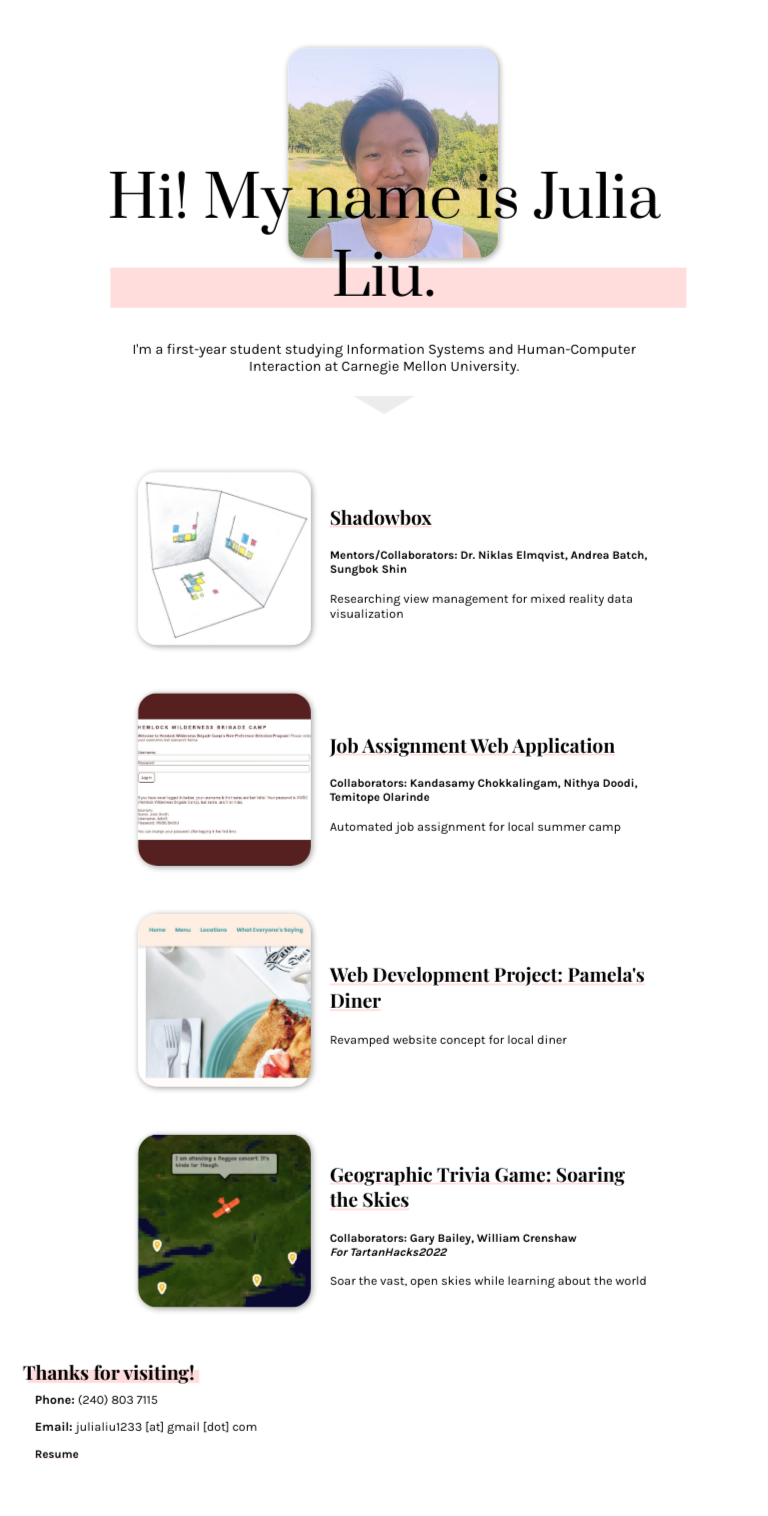
Repository: liu-julia/liu-julia.github.io
Page: index.html
These files come from the project's save history. The page is drawn as it stood at one moment and after the next save; the edit follows.
The browser window is 1280 px wide. The pictures show the whole page, at 60% of full size.

Above is the page before, as saved 2022-05-18 11:09:13.

### index.html
<!DOCTYPE html>
<html lang="en">
<head>
    <meta charset="UTF-8">
    <meta http-equiv="X-UA-Compatible" content="IE=edge">
    <meta name="viewport" content="width=device-width, initial-scale=1.0">
    <link rel="preconnect" href="https://fonts.googleapis.com">
    <link rel="preconnect" href="https://fonts.gstatic.com" crossorigin>
    <link href="https://fonts.googleapis.com/css2?family=Karla:wght@300;400;700&family=Open+Sans:wght@300;400;700&family=Playfair+Display:wght@400;700&family=Prata&display=swap" rel="stylesheet">
    <link rel="stylesheet" href="css/styles.css">
    <link rel="icon" href="images/jllogo.png">
    <script src="js/scripts.js"></script>
    <title>Julia Liu</title>
</head>
<body>
    <header id="topbar">
        <img id="logo" src="images/jllogo.png" alt="JL logo">
        <div id="navbar">
            <a class="highlighted" href="index.html">Projects</a>
            <a class="hl_hover" href="about.html">About</a>
            <a class="hl_hover" href="contact.html">Contact</a>
        </div>
    </header>
    <div id="content">
        <div id="top">
            <img id="face" src="images/IMG_20210707_193435_832.jpg" alt="Julia Liu">
            <h1 class="highlighted">Hi! My name is Julia Liu.</h1>
            <p id="head_desc">I'm a first-year student studying Information Systems and Human-Computer Interaction at Carnegie Mellon University.</p>
            <a class="ct-btn-scroll ct-js-btn-scroll" href="#projects"><img alt="Arrow Down Icon" src="images/downarrow.png"></a>
            </div>
        <br>
        <span id="projects"></span>
            <div class="project">
                <img src="images/shadowbox.jpg" alt="Shadowbox">
                <div class="project-text">
                    <h3><a href="https://liu-julia.notion.site/Shadowbox-206a5c5eea2a42a292b238f68e84f78f">Shadowbox</a></h3>
                    <h4>Mentors/Collaborators: Dr. Niklas Elmqvist, Andrea Batch, Sungbok Shin</h4>
                    <p>Researching view management for mixed reality data visualization</p>
                </div>
            </div>
            <div class="project">
                <img src="images/camp.jpg" alt="Hemlock Wilderness Brigade Camp website">
                <div class="project-text">
                    <h3><a href="https://liu-julia.notion.site/Job-Assignment-Web-App-bd26f317785b4564853cad5746690a5f">Job Assignment Web Application</a></h3>
                    <h4>Collaborators: Kandasamy Chokkalingam, Nithya Doodi, Temitope Olarinde</h4>
                    <p>Automated job assignment for local summer camp</p>
                </div>
            </div>
            <div class="project">
                <img src="images/pamelas1.jpg" alt="Pamela's Diner website">
                <div class="project-text">
                    <h3><a href="https://liu-julia.notion.site/Web-Development-Project-Pamela-s-Diner-67d99581677243809cbfb3ee69a6fb9d">Web Development Project: Pamela's Diner</a></h3>
                    <p>Revamped website concept for local diner</p>
                </div>
            </div>
            <div class="project">
                <img src="images/soaringtheskies.jpg" alt="Soaring the Skies - 2D airplane game">
                <div class="project-text">
                    <h3><a href="https://github.com/liu-julia/TartanHacks2022">Geographic Trivia Game: Soaring the Skies</a></h3>
                    <h4>Collaborators: Gary Bailey, William Crenshaw<br><i>For TartanHacks2022</i></h4>
                    <p>Soar the vast, open skies while learning about the world</p>
                </div>
            </div>
        <br>
        <!--<h3 id="construction">More coming soon</h3>-->
        <div id="foot">
            <h3 class="highlighted">Thanks for visiting!</h3>
            <div>
                <p><b>Phone: </b> (240) 803 7115</p>
                <p><b>Email: </b> juli<!--anti spam-->aliu1233 <!--anti spam--> [at] gmai<!--anti spam-->l [dot] com</p>
                <a href="JuliaLiu.pdf"><b>Resume</b></a>
            </div>
        </div>
    </div>
</body>
</html>

### css/styles.css
:root {
    font-family: 'Karla', sans-serif;
}
html {
    height: 100%;
}
header {
    position: fixed;
    top: 0;
    left: 0;
    right: 0;
    width: 100%;
    height: 60px;
    background-color: white;
    z-index: 1;
    box-shadow: 0 0 10px #FFFFFF;
    transition: top .2s;
}
#logo {
    width: 25px;
    height: 35px;
    padding: 13px;
}
#navbar {
    float: right;
}
#navbar a {
    position: relative;
    top: 10px;
    margin-right: 25px;
    align-self: center;
    color: black;
}
body {
    height: 100%;
}
#content {
    height: 100%;
}
h1 {
    font-family: 'Prata', serif;
    font-weight: 400;
    font-size: 6em;
}
#top {
    height: 100%;
}
h1{
    position: absolute;
    bottom: 12rem;
    left: 1rem;
    right: 1rem;
    text-align: center;
    margin: auto;
    width: 75%;
}
h1.highlighted::before {
    content: "";
    position: absolute;
    width: 100%;
    background: #ffdddd;
    left: .25em;
    bottom: .15em;
    height: .7em;
    z-index: -1;
    animation: highlightAnimation ease 3s;
    animation-iteration-count: 1;
    animation-fill-mode: forwards;
}

@keyframes highlightAnimation {
    0% {
        transform: scaleX(0);
        transform-origin: left;
    }
    100% {
        transform: scaleX(1);
        transform-origin: left;
     }
}

#navbar a.highlighted::before {
    content: "";
    position: absolute;
    width: 100%;
    background: #ffdddd;
    left: .25em;
    bottom: .05em;
    height: .7em;
    z-index: -1;
}
.hl_hover::before {
    content: "";
    position: absolute;
    width: 100%;
    background: #ffdddd;
    left: .25em;
    bottom: .05em;
    height: .7em;
    z-index: -1;
    transition: transform 0.5s;
    transform: scaleX(0);
    transform-origin: right;
}
.hl_hover:hover::before {
    transform: scaleX(1);
    transform-origin: left;
}
h2 {
    font-family: 'Playfair Display', serif;
    font-size: 3em;
}
h3 {
    font-family: 'Playfair Display', serif;
    font-size: 2em;

}
h4 {
    font-size: 1.2em;
}
h3.highlighted::before {
    content: "";
    position: absolute;
    width: 100%;
    background: #ffdddd;
    left: .25em;
    bottom: .05em;
    height: .7em;
    z-index: -1;
}
#navbar a {
    font-family: 'Playfair Display', serif;
    font-size: 1.5em;
    font-weight: 700;
    text-decoration: none;
}
p {
    font-size: 1.3rem;
}
#head_desc {
    font-size: 1.5em;
    font-weight: 400;
    position: absolute;
    bottom: 6rem;
    width: 90%;
    left: 1rem;
    right: 1rem;
    text-align: center;
    margin: auto;
    width: 75%;
}
#face {
    position: absolute;
    width: 350px;
    height: 350px;
    top: 5rem;
    left: 30rem;
    right: 30rem;
    border-radius: 2em;
    margin: auto;
    box-shadow: 2px 2px 10px #00000066;
}
#foot {
    padding-left: 30px;
    position: absolute;
    width: 90%;
    height: 40%;
}
#foot h3.highlighted {
    position: absolute;
    bottom: 65%;
}
#foot div {
    position: absolute;
    bottom: 25%;
    padding: 20px;
}
a {
    color: black;
    text-decoration: underline;
    text-decoration-color: #ffdddd;
    transition: text-decoration ease-in .2s;
}
#foot a {
    font-size: 1.2rem;
}
a:hover {
    text-decoration-color: #ffb4b4;
}
#construction {
    height: 100%;
}

body {
    animation: fadeInAnimation ease 2s;
    animation-iteration-count: 1;
    animation-fill-mode: forwards;
}

@keyframes fadeInAnimation {
    0% {
        opacity: 0;
    }
    100% {
        opacity: 1;
     }
}
.project {
    width: 70%;
    display: flex;
    margin: auto;
    height: 40%;
    padding: 2.5rem;
    align-items: center;
}
.project img {
    max-width: 40%;
    max-height: 100%;
    box-shadow: 2px 2px 10px #00000066;
    border-radius: 2rem;
    margin: 2em;
}

a img {
    max-width: 8%;
    position: absolute;
    bottom: 30px;
    margin: auto;
    left: 1rem;
    right: 1rem;
}
.about {
    width: 70%;
    display: flex;
    margin: auto;
    height: 100%;
    align-items: center;
}

.about img {
    max-width: 30%;
    box-shadow: 2px 2px 10px #00000066;
    border-radius: 2rem;
    margin: 2em;
}

.about-text {
    position: absolute;
    margin-left: 25%;
    margin-right: 15%;
}
.about-text h2 {
    position: absolute;
    top: -100px;
}

.about-text h2.highlighted::before {
    content: "";
    position: absolute;
    width: 100%;
    background: #ffdddd;
    left: .20em;
    bottom: .05em;
    height: .7em;
    z-index: -1;
}

### js/scripts.js
var prevScrollpos = window.pageYOffset;
window.onscroll = function() {
  var currentScrollPos = window.pageYOffset;
  if (prevScrollpos > currentScrollPos) {
    document.getElementById("topbar").style.top = "0";
  } else {
    document.getElementById("topbar").style.top = "-70px";
  }
  prevScrollpos = currentScrollPos;
}

After the next save:
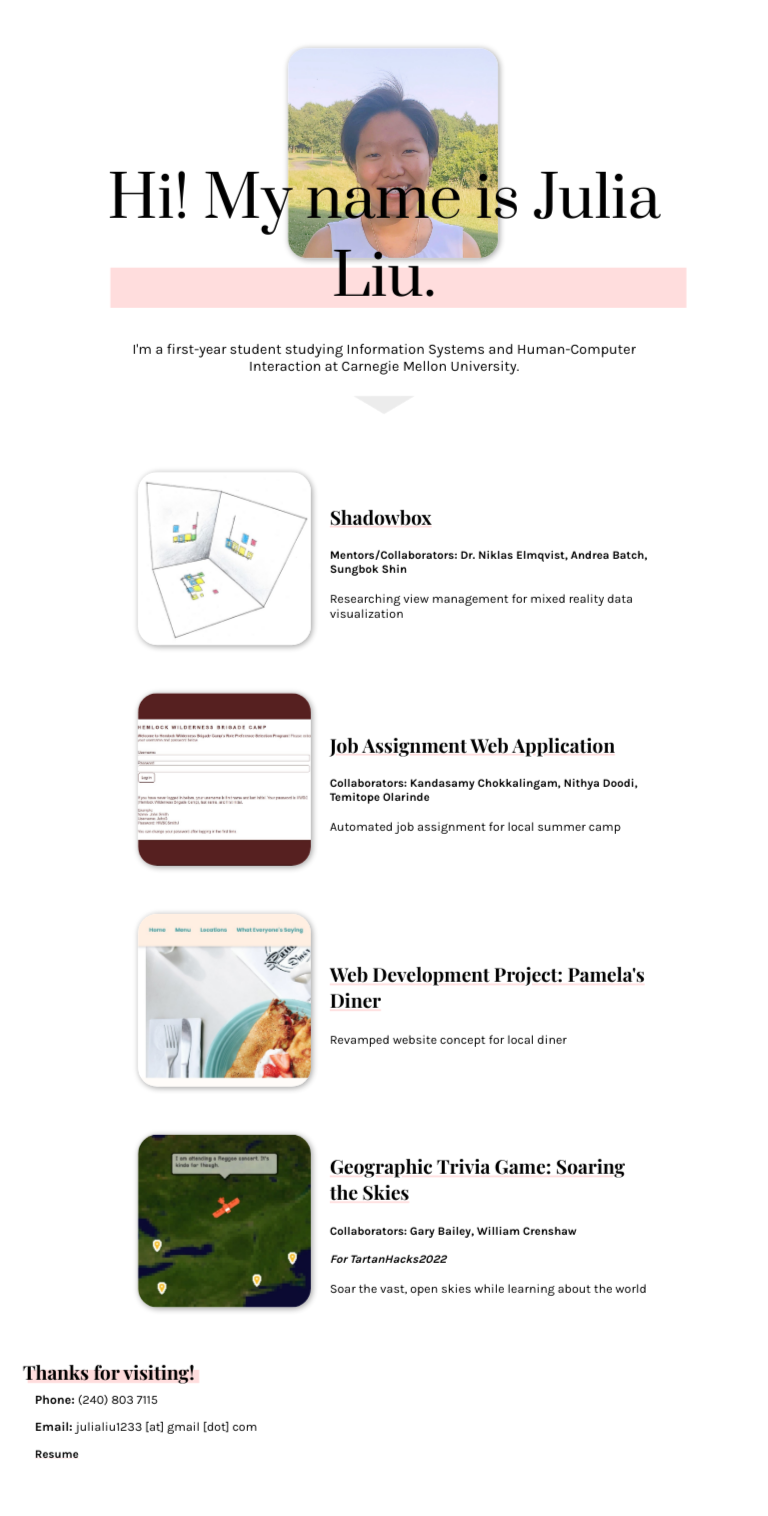
Saved 9 s later.
--- a/index.html
+++ b/index.html
@@ -57,7 +57,7 @@
                 <img src="images/soaringtheskies.jpg" alt="Soaring the Skies - 2D airplane game">
                 <div class="project-text">
                     <h3><a href="https://github.com/liu-julia/TartanHacks2022">Geographic Trivia Game: Soaring the Skies</a></h3>
-                    <h4>Collaborators: Gary Bailey, William Crenshaw<br><i>For TartanHacks2022</i></h4>
+                    <h4>Collaborators: Gary Bailey, William Crenshaw<br><br><i>For TartanHacks2022</i></h4>
                     <p>Soar the vast, open skies while learning about the world</p>
                 </div>
             </div>

After the save that followed:
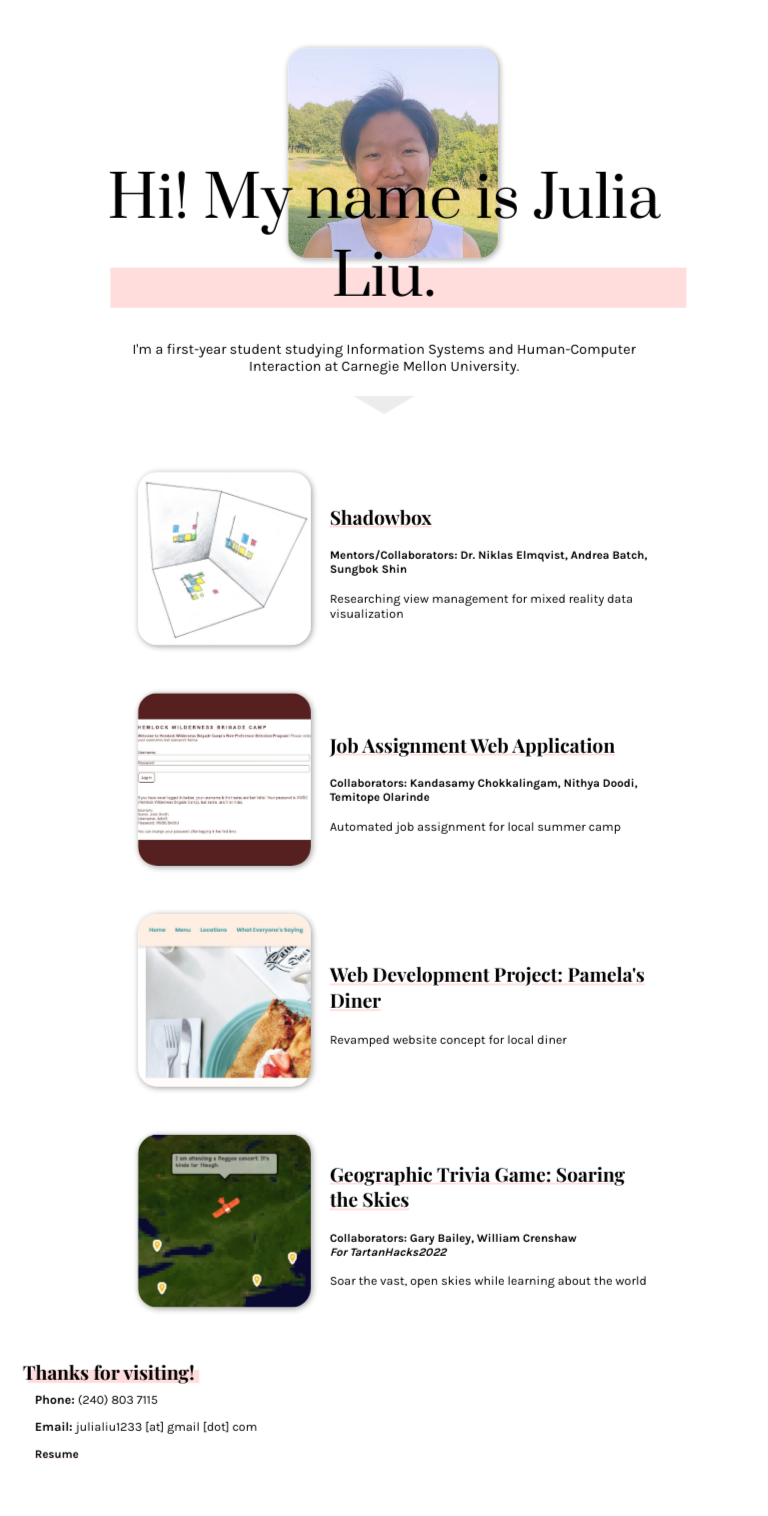
Saved 98 s later.
--- a/index.html
+++ b/index.html
@@ -57,7 +57,7 @@
                 <img src="images/soaringtheskies.jpg" alt="Soaring the Skies - 2D airplane game">
                 <div class="project-text">
                     <h3><a href="https://github.com/liu-julia/TartanHacks2022">Geographic Trivia Game: Soaring the Skies</a></h3>
-                    <h4>Collaborators: Gary Bailey, William Crenshaw<br><br><i>For TartanHacks2022</i></h4>
+                    <h4>Collaborators: Gary Bailey, William Crenshaw<br><i>For TartanHacks2022</i></h4>
                     <p>Soar the vast, open skies while learning about the world</p>
                 </div>
             </div>
